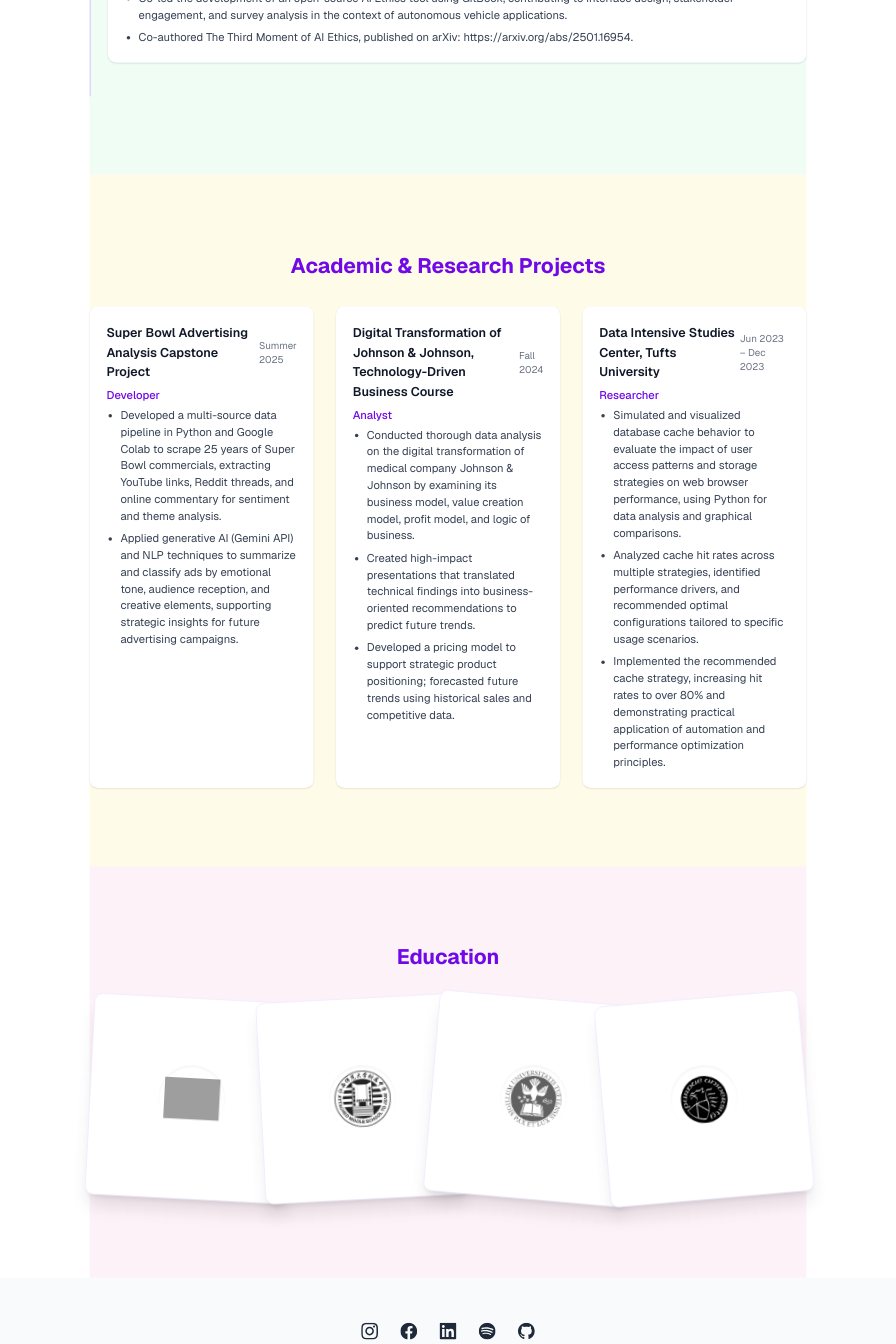
Repository: winniewyl/personal-portfolio
Page: /
An editor plug-in stored every save of this project. The page is shown before and after the next save, followed by the edit.
The browser window is 1280 px wide. The pictures show the part of the page from y = 1911 to 3831 px (the page is 3941 px tall before and 4065 px after), at 70% of full size.
Pictures or frames that could not be fetched are drawn as grey boxes. The project was rebuilt for these pictures with package versions that can differ from the ones it lists, and the page was loaded fresh each time. The framework's server and built-in components were replaced by stand-ins that run in the browser. Also part of the build but not shown: next.config.ts.

Above is the page before, as saved 2025-07-29 15:16:25.

After the next save:
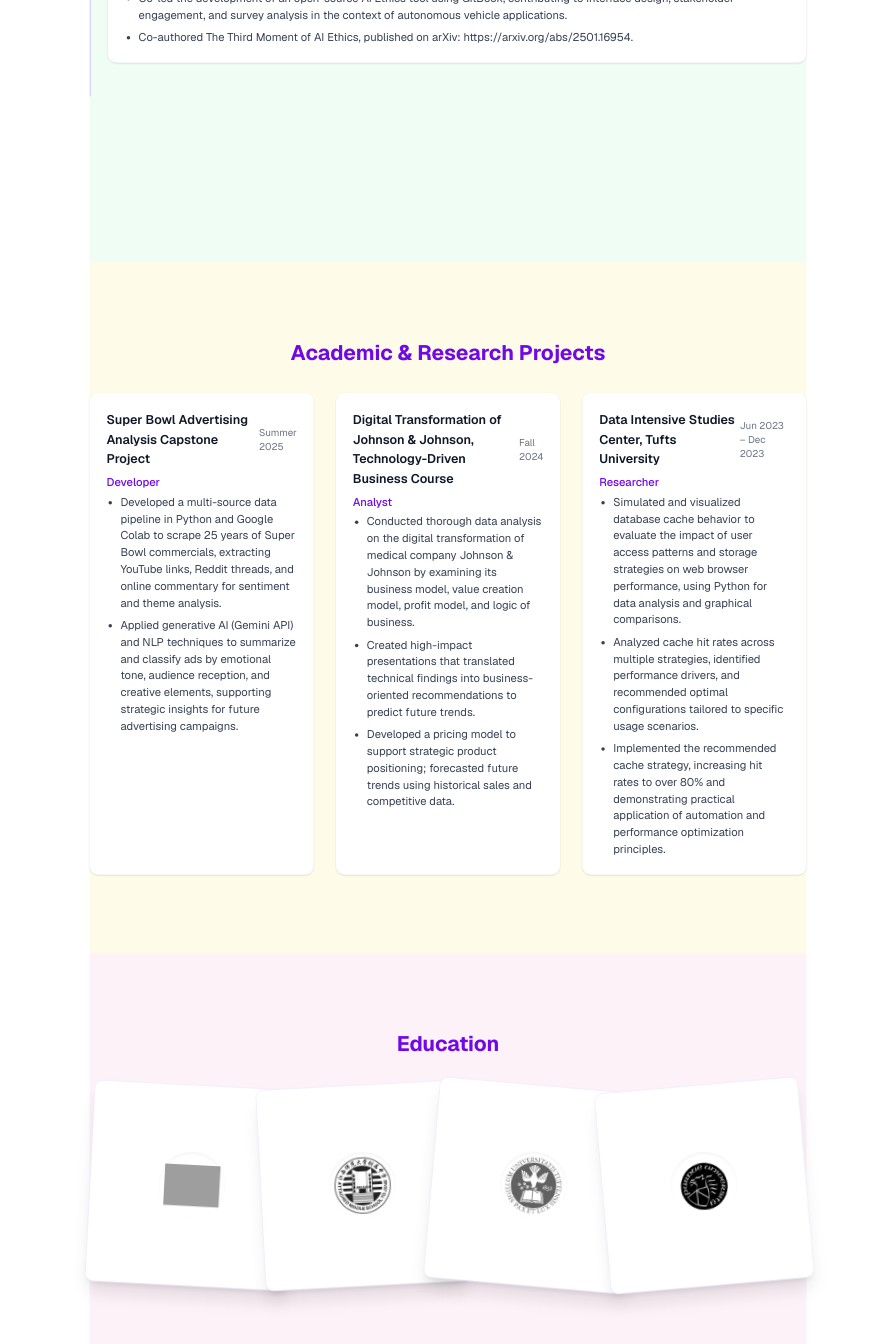
Saved 6 s later.
--- a/src/app/page.tsx
+++ b/src/app/page.tsx
@@ -110,7 +110,7 @@ export default function Home() {
         {/* Experience Section */}
         <section
           id="experience"
-          className="w-full flex flex-col items-center py-20 sm:py-28 max-w-5xl mx-auto scroll-mt-24 bg-green-50 dark:bg-green-900/20"
+          className="w-full flex flex-col items-center py-20 sm:py-28 max-w-5xl mx-auto scroll-mt-24 bg-green-50 dark:bg-green-900/20 min-h-screen"
         >
           <h2 className="text-3xl font-bold mb-10 text-violet-700 dark:text-violet-400">
             Internship & Professional Experience
